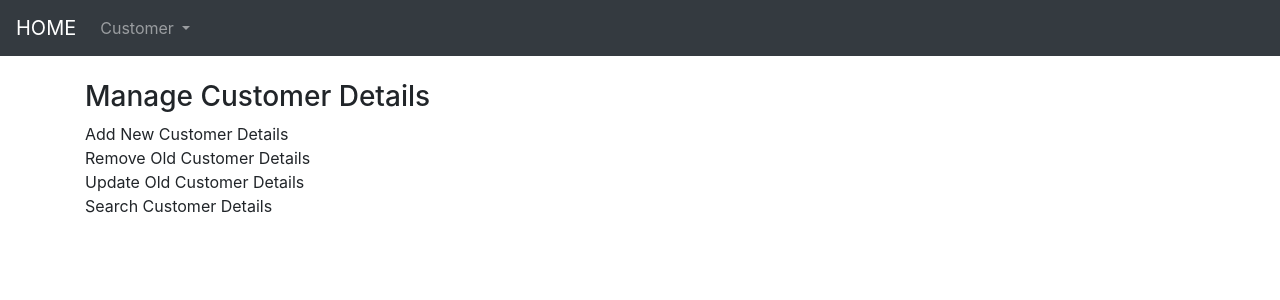
Repository: ParamMalik/Project-1
Page: http://localhost/projectcustomer/
An editor plug-in stored every save of this project. The page is shown before and after the next save, followed by the edit.
The browser window is 1280 px wide. The pictures show the whole page.
The page is served by Tomcat 9.

Above is the page before, as saved 2021-12-04 11:28:29.

After the next save:
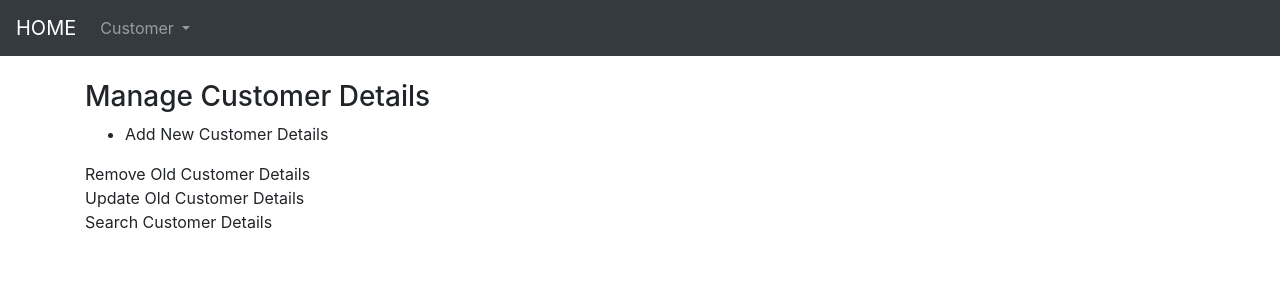
Saved 6 min 55 s later.
--- a/Trantor Project 1/projectcustomer/src/main/webapp/index.jsp
+++ b/Trantor Project 1/projectcustomer/src/main/webapp/index.jsp
@@ -40,8 +40,16 @@
 
 		<div class="container">
 			<h3>Manage Customer Details</h3>
+			<ul>
+			<li>
 			<div>Add New Customer Details
 			</div>
+			</li>
+
+
+
+			</ul>
+
 			<div>Remove Old Customer Details
 			</div>
 			<div>Update Old  Customer Details
